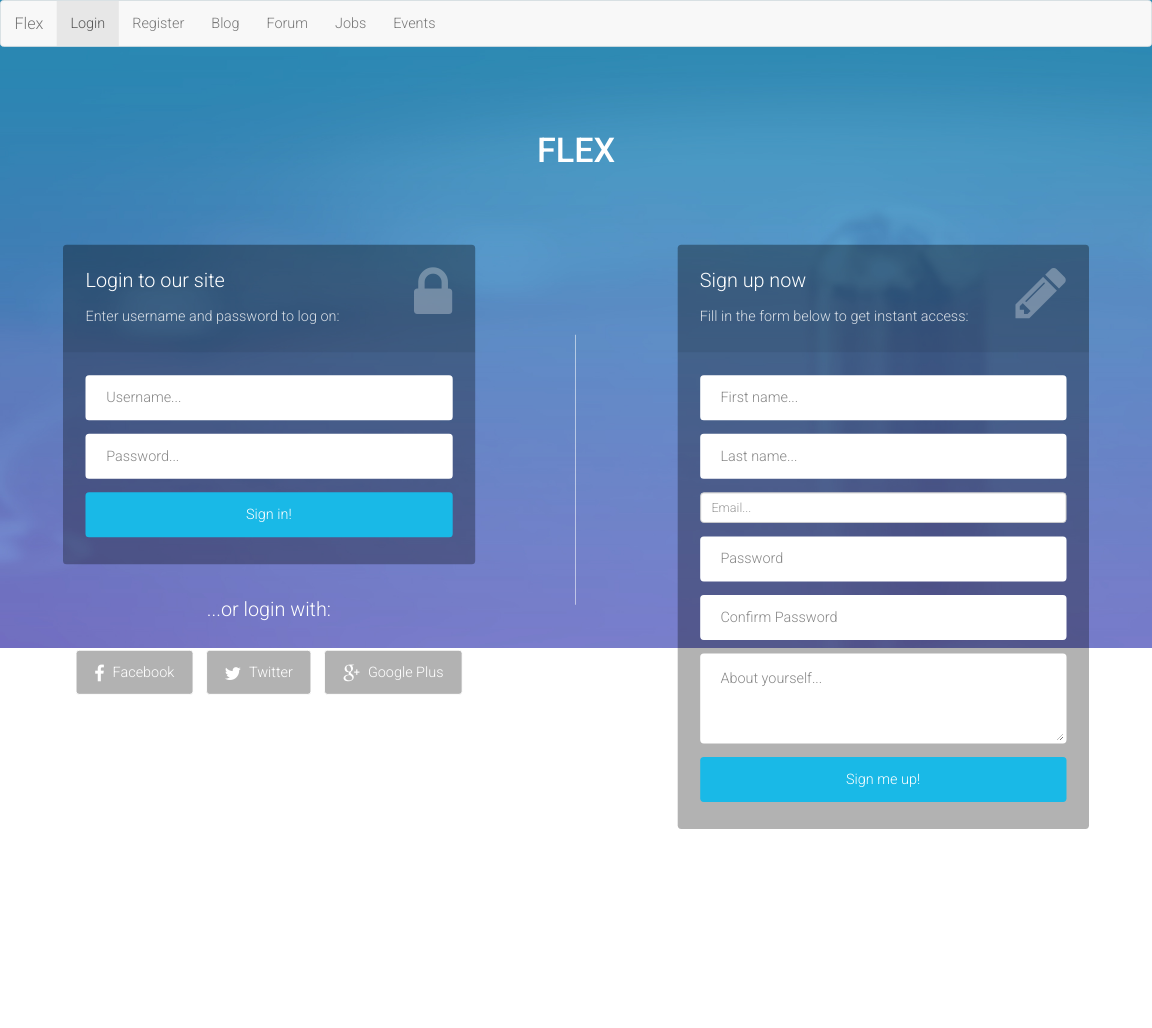
Repository: Angelamritha2012/Flex
Page: Collaboration/WebContent/index.html
These files come from the project's save history. The page is drawn as it stood at one moment and after the next save; the edit follows.
The browser window is 1280 px wide. The pictures show the whole page, at 90% of full size.
Some web libraries are served in a nearby version.

Above is the page before, as saved 2017-11-30 09:51:22.

After the next save:
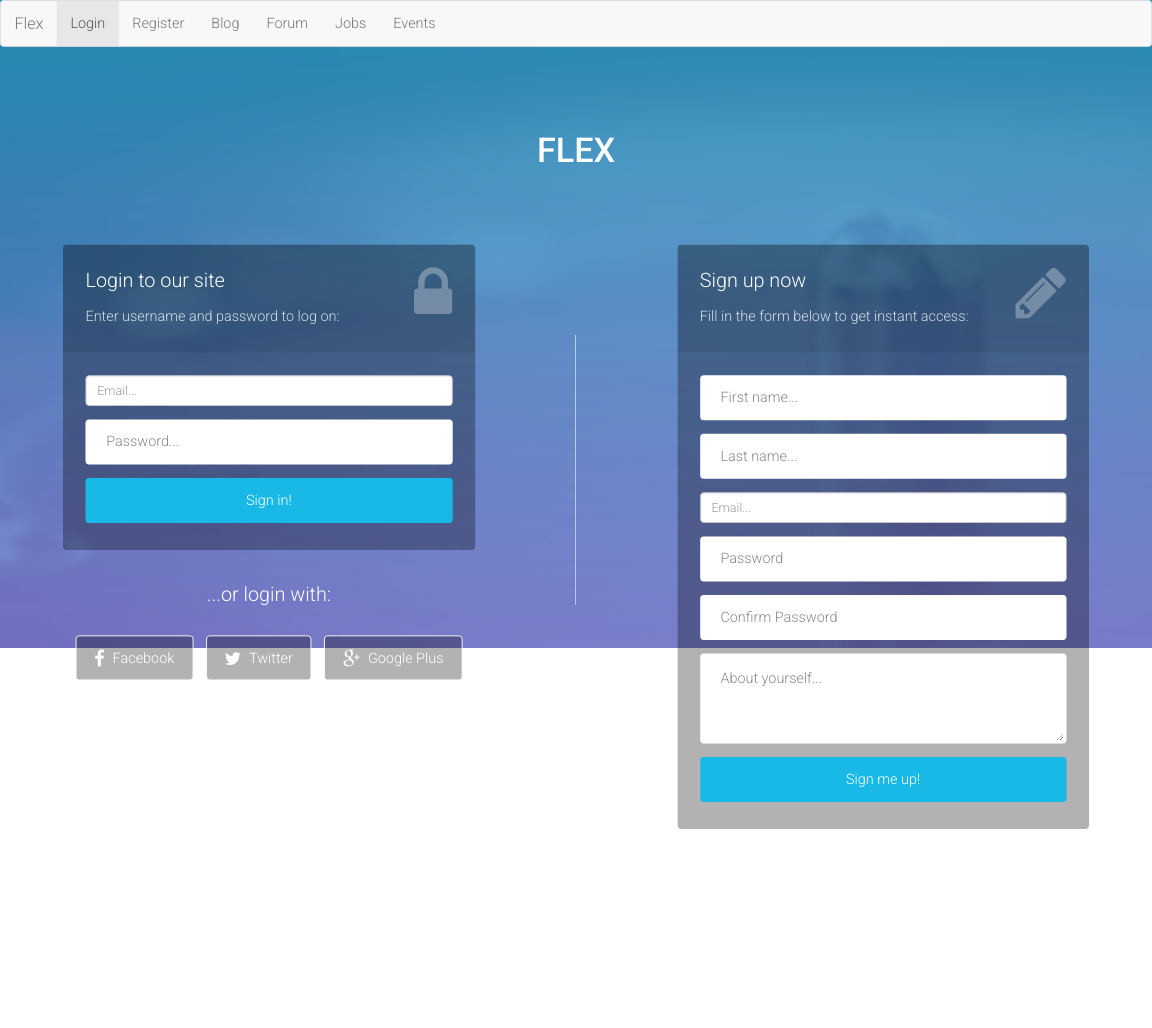
Saved 93 s later.
--- a/Collaboration/WebContent/index.html
+++ b/Collaboration/WebContent/index.html
@@ -86,10 +86,20 @@
 	                            <div class="form-bottom">
 	                            <form name="myForm" ng-submit="submitForm()" novalidate>
 
-				                    <div class="form-group">
+				                   <!--  <div class="form-group">
 				                    		<label class="sr-only" for="form-username">Username</label>
 				                        	<input type="text" name="form-username" placeholder="Username..." class="form-username form-control" id="form-username">
-				                        </div>
+				                        </div>	 -->
+				                        <div class="form-group" ng-class="{ 'has-error' : myForm.email.$invalid && !myForm.email.$pristine }">
+				                        	<label class="sr-only" for="form-email">Email</label>
+
+            <input type="email" name="email" class="form-control" placeholder="Email..." ng-model="user.email" required >
+              <span style="color:white" ng-show="myForm.email.$dirty && myForm.email.$invalid">
+
+<span ng-show="userForm.email.$error.required">Email is required.</span>
+  <span ng-show="userForm.email.$error.email">Invalid email address.</span>
+  </span>
+        </div>
 				                        <div class="form-group">
 				                        	<label class="sr-only" for="form-password">Password</label>
 				                        	<input type="password" name="form-password" placeholder="Password..." class="form-password form-control" id="form-password">
